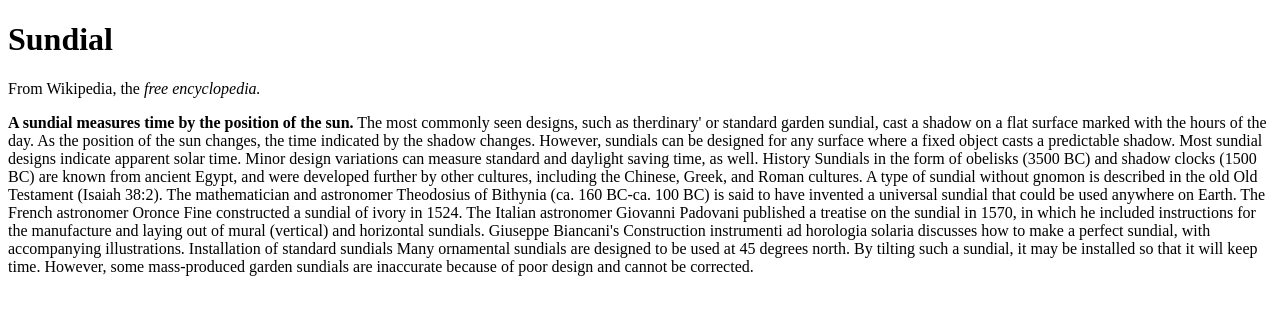
Repository: 9-5-pursuit/lab-intro-to-html
Page: sundial.html
An editor plug-in stored every save of this project. The page is shown before and after the next save, followed by the edit.
The browser window is 1280 px wide. The pictures show the whole page.

Above is the page before, as saved 2023-02-27 16:18:53.

After the next save:
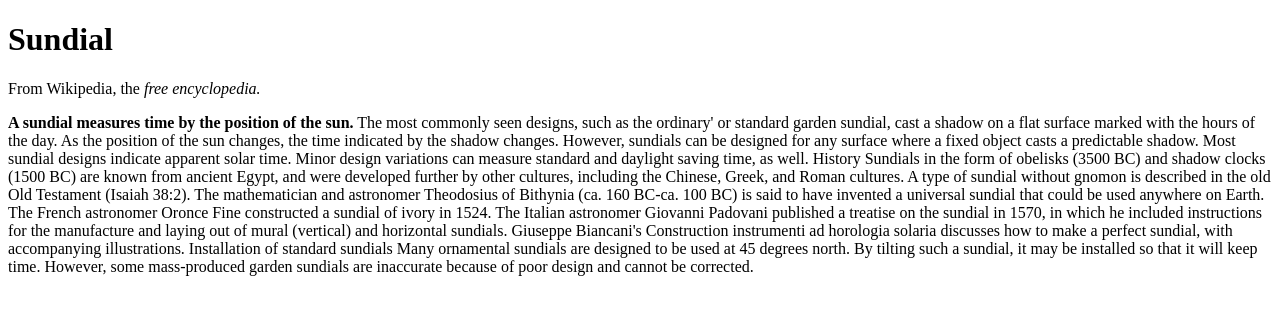
Saved 11 s later.
--- a/sundial.html
+++ b/sundial.html
@@ -17,7 +17,7 @@
 
     </p>
     <strong>A sundial measures time by the position of the sun.</strong>
-      The most commonly seen designs, such as therdinary' or standard garden sundial, cast a shadow on a flat surface
+      The most commonly seen designs, such as the ordinary' or standard garden sundial, cast a shadow on a flat surface
     marked with the hours of the day. As the position of the sun changes, the
     time indicated by the shadow changes. However, sundials can be designed for
     any surface where a fixed object casts a predictable shadow. Most sundial
